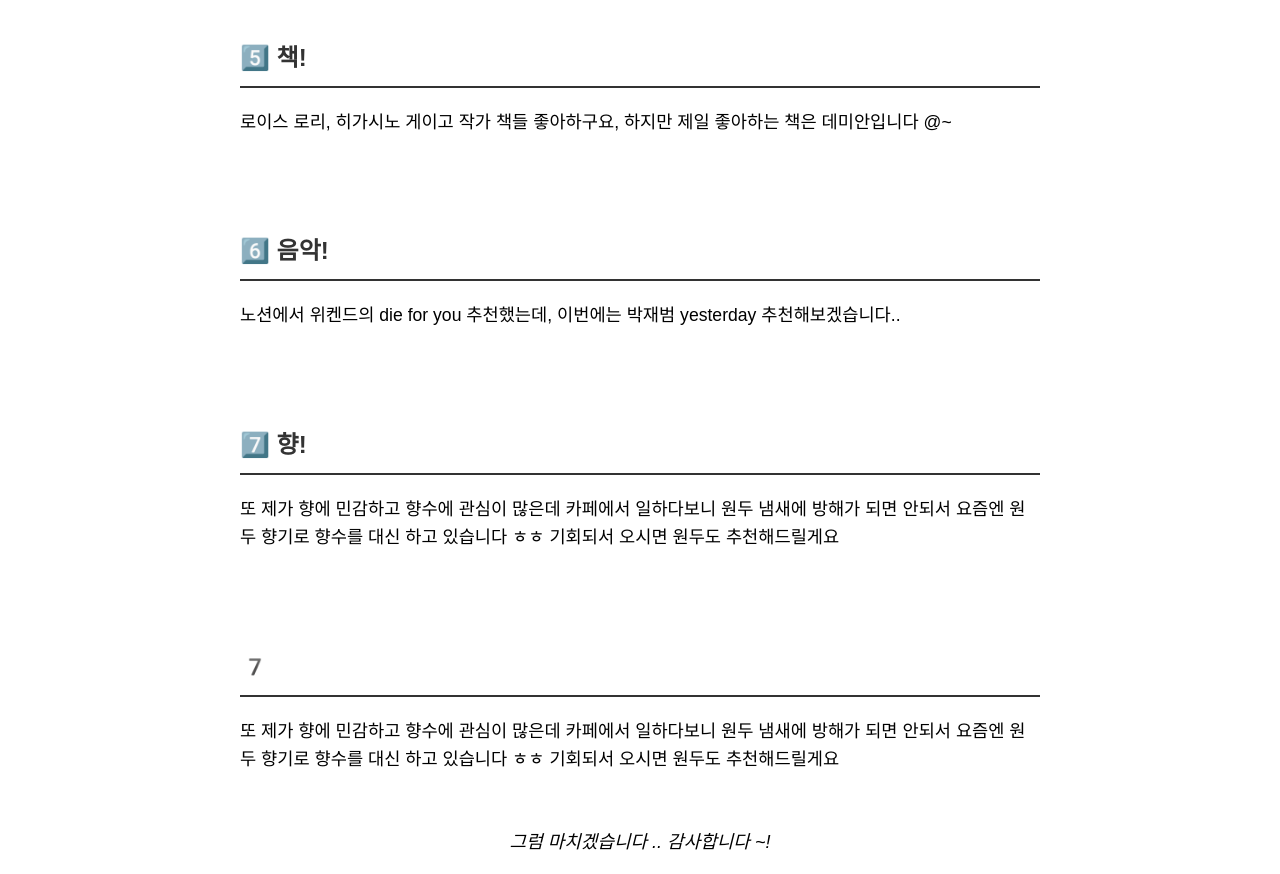
Repository: 211-k/211-k.github.io
Page: index.html
The author's editor kept a copy of each file at every save. The page is drawn from the files as they stood at one save, then again after the next save.
The browser window is 1280 px wide. The pictures show the part of the page from y = 2919 to 3793 px (the page is 3793 px tall before and 3757 px after).
A picture or video elsewhere on the page could not be fetched, so the positions and the page height are approximate.

Above is the page before, as saved 2023-03-23 02:04:47.

### index.html
<!DOCTYPE html>
<html lang="en">

<head>
    <meta charset="UTF-8">
    <meta http-equiv="X-UA-Compatible" content="IE=edge">
    <meta name="viewport" content="width=device-width, initial-scale=1.0">
    <title>리원이의 자기소개페이지</title>
    <link rel="stylesheet" href="style.css">
</head>

<body>
    <header>
        <h1 id="title">🦁</h1>
    </header>
    <div>
        <p class="content">안녕하세요 👋
            11기 아기사자 김리원입니다.</p>
        <img src="./me.jpeg" width="400px" alt="">
    </div>
    <div>
        <h2 class="subtitle">1️⃣ 나는!</h2>
        <p class="content">제 전공은 경영학이고 기획에 관심이 많아 기획/디자인 파트에 속해 있습니당</p>
    </div>
    <div>
        <h2 class="subtitle">2️⃣ MBT!</h2>
        <p class="content">mbti는 istp같은 estp이고 낯은 많이 가리지만 친해지면 후회없읍미다 !! ^_^</p>
        <img src="./cat.jpeg" width="400px" alt="">
    </div>
    <div>
        <h2 class="subtitle">3️⃣ 취미!</h2>
        <p class="content">제 취미는 음악듣기,사진찍기,커피내리기,책,영화보기,산책하기 등등 있는데요 ! 음악,책,영화 추천 받는거 조아하니까 관련 주제로 얘기나누면서 친해지면 좋을 거 같아용
            ㅎㅎ
            운동도 좋아해요! 특히 구기종목 !_! (어렸을 때 아빠랑 캐치볼도 많이 했고 특히 농구,볼링,배드민턴 보는 거, 하는 거 다 좋아요) </p>
    </div>
    <div>
        <h2 class="subtitle">4️⃣ 사진!</h2>
        <p class="content">이건 집 근처에 제가 산책하러 자주 가는 호수 사진이에요 !
        </p>
        <img src="./호수.jpeg" width="800px" alt="">
    </div>
    <div>
        <h2 class="subtitle">5️⃣ 책!</h2>
        <p class="content">로이스 로리, 히가시노 게이고 작가 책들 좋아하구요,
            하지만 제일 좋아하는 책은 데미안입니다 @~
        </p>
    </div>
    <div>
        <h2 class="subtitle">6️⃣ 음악!</h2>
        <p class="content">노션에서 위켄드의 die for you 추천했는데, 이번에는 박재범 yesterday 추천해보겠습니다..
        </p>
    </div>
    <div>
        <h2 class="subtitle">7️⃣ 향!</h2>
        <p class="content">또 제가 향에 민감하고 향수에 관심이 많은데 카페에서 일하다보니 원두 냄새에 방해가 되면 안되서 요즘엔 원두 향기로 향수를 대신 하고 있습니다 ㅎㅎ
            기회되서 오시면 원두도 추천해드릴게요
        </p>
    </div>
    <div>
        <h2 class="subtitle">7️</h2>
        <p class="content">또 제가 향에 민감하고 향수에 관심이 많은데 카페에서 일하다보니 원두 냄새에 방해가 되면 안되서 요즘엔 원두 향기로 향수를 대신 하고 있습니다 ㅎㅎ
            기회되서 오시면 원두도 추천해드릴게요
        </p>
    </div>
    <p class="end">그럼 마치겠습니다 .. 감사합니다 ~!</p>
</body>

</html>

### style.css
body {
    font-family: Arial, sans-serif;
    line-height: 1.5;
    margin: 0;
    padding: 0;
}

header {
    background-color: #333;
    color: #fff;
    padding: 20px;
}

h1#title {
    margin: 0;
    font-size: 2.5rem;
    font-weight: bold;
    text-align: center;
}

div {
    max-width: 800px;
    margin: 0 auto;
    padding: 20px;
}

h2 {
    margin-top: 40px;
    font-size: 1.5rem;
    font-weight: bold;
}

p.content {
    font-size: 1.1rem;
    line-height: 1.6;
}

a.link {
    color: #333;
    text-decoration: none;
    border-bottom: 2px solid #333;
}

a.link:hover {
    color: #fff;
    background-color: #333;
}

h2.subtitle {
    color: #333;
    border-bottom: 2px solid #333;
    padding-bottom: 10px;
}

p.end {
    text-align: center;
    font-size: large;
    font-style: oblique;
}

After the next save:
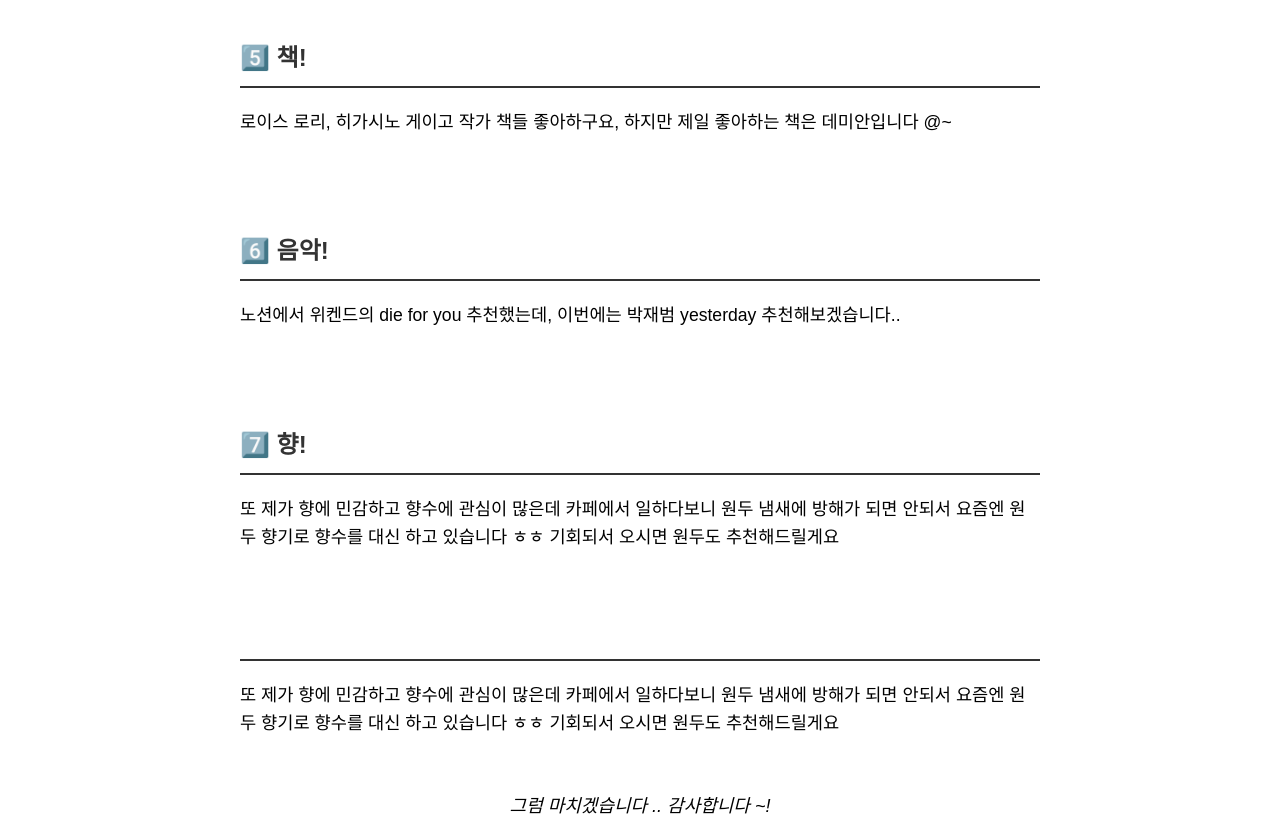
Saved 6 s later.
--- a/index.html
+++ b/index.html
@@ -57,7 +57,7 @@
         </p>
     </div>
     <div>
-        <h2 class="subtitle">7️</h2>
+        <h2 class="subtitle"></h2>
         <p class="content">또 제가 향에 민감하고 향수에 관심이 많은데 카페에서 일하다보니 원두 냄새에 방해가 되면 안되서 요즘엔 원두 향기로 향수를 대신 하고 있습니다 ㅎㅎ
             기회되서 오시면 원두도 추천해드릴게요
         </p>
